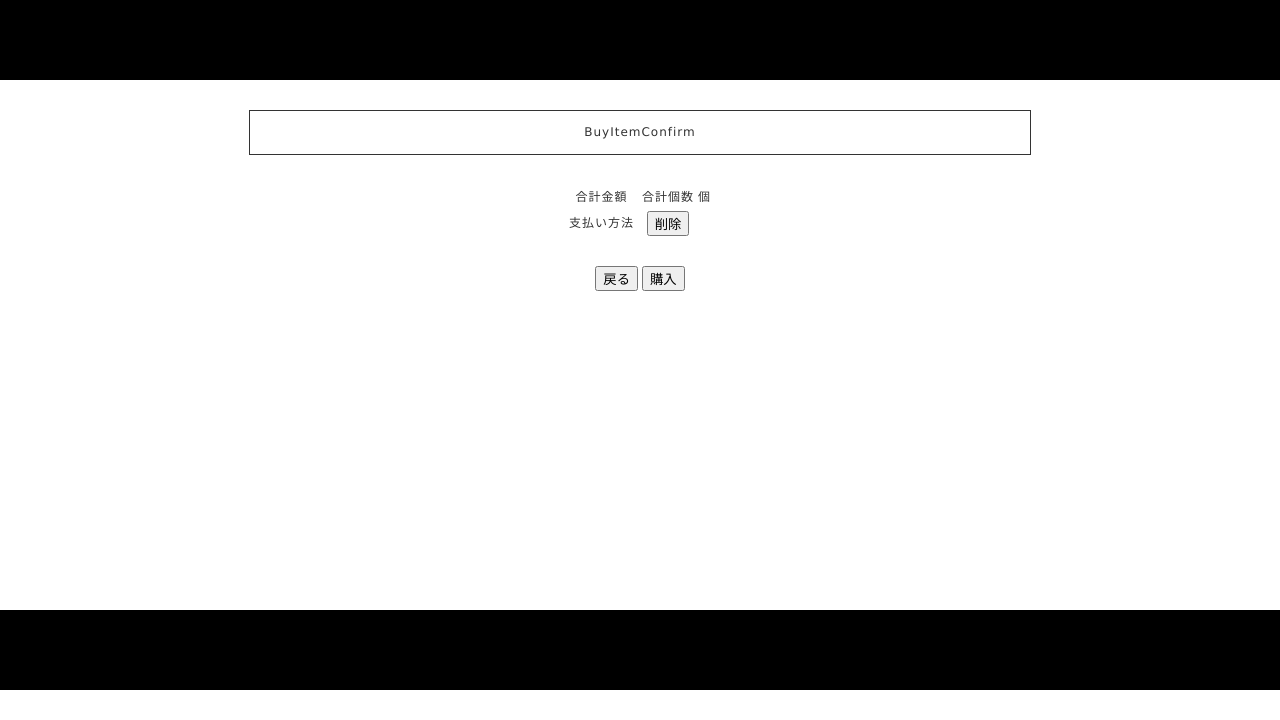
Repository: kazuki7291/backup
Page: http://localhost/template/buyItemConfirm.jsp
The author's editor kept a copy of each file at every save. The page is drawn from the files as they stood at one save, then again after the next save.
The browser window is 1280 px wide. The pictures show the whole page.
Some web libraries are served in a nearby version. The page is served by Tomcat 9. Other server files are loaded and not shown.

Above is the page before, as saved 2018-01-05 12:40:14.

### template/WebContent/buyItemConfirm.jsp

<%@ page language="java" contentType="text/html; charset=UTF-8"
	pageEncoding="UTF-8"%>
<%@ taglib prefix="s" uri="/struts-tags"%>

<!DOCTYPE html>
<html>
<head>
	<meta charset="utf-8">
	<meta http-equiv="Content-Type" content="text/html; charset=utf-8" />
	<meta http-equiv="Content-Style-Type" content="text/css" />
	<meta http-equiv="Content-Script-Type" content="text/javascript" />
	<meta http-equiv="imagetoolbar" content="no" />
	<meta name="description" content="" />
	<meta name="keywords" content="" />
	<meta charset="utf-8">
	<script src="http://ajax.googleapis.com/ajax/libs/jquery/1.9.1/jquery.min.js"></script>
	<title>BuyItemConfirm画面</title>
	<style type="text/css">
	/* ========TAG LAYOUT======== */
		body {
		   margin:0;
		   padding:0;
		   line-height:1.6;
		   letter-spacing:1px;
		   font-family:Verdana, Helvetica, sans-serif;
		   font-size:12px;
		   color:#333;
		   background:#fff;
		}

		table {
			text-align:center;
			margin:0 auto;
		}

	/* ========ID LAYOUT======== */
		#top {
		   width:780px;
		   margin:30px auto;
		   border:1px solid #333;
		}

		#header {
		   width: 100%;
		   height: 80px;
		   background-color: black;
		}

		#main {
		   width: 100%;
		   height: 500px;
		   text-align: center;
		}

		#footer {
			width: 100%;
			height: 80px;
			background-color: black;
			clear:both;
		}
	</style>
	<script type="text/javascript">
		function submitAction(url) {
			$('form').attr('action', url);
			$('form').submit();
		}
	</script>
</head>
<body>
	<div id="header">
	 	<div id="pr">
		</div>
	</div>
	<div id="main">
		<div id="top">
			<p>BuyItemConfirm</p>
		</div>
		<div>
		<s:if test="session.total_count == 0">
			<td>商品情報がありません。</td>
		</s:if>
		<s:else>
			<s:form>
			<s:iterator value = "buyitemCartList">
				<tr>
					<td>
						<s:property value="itemName" />
					</td>
					<td>
						<s:property value="itemPrice" />
					</td>
					<td></td>
					<td>
						<s:property value="Count" /><span>個</span>
					</td>
					<td>
						<input type="checkbox" name="DeleteFlag">
					</td>
				</tr>
			</s:iterator>
				<tr>
					<td>合計金額</td>
					<td><s:property value="session.total_price"/></td>
					<td>合計個数</td>
					<td><s:property value="session.total_count"/><span>個</span></td>
				</tr>
				<tr>
					<td>支払い方法</td>
					<td><s:property value="session.pay" /></td>
					<td>
						<input type="button" value="削除" onclick="submitAction('DeleteCartAction')" />
					</td>
				</tr>
			</s:form>
		</s:else>
		<s:form>
				<tr>
					<td>
						<br>
					</td>
				</tr>
				<tr>
					<td><input type="button" value="戻る" onclick="submitAction('HomeAction')" /></td>
					<td><input type="button" value="購入" onclick="submitAction('BuyItemConfirmAction')" /></td>
				</tr>
			</s:form>
		</div>
	</div>
	<div id="footer">
		<div id="pr">
		</div>
	</div>
</body>
</html>

After the next save:
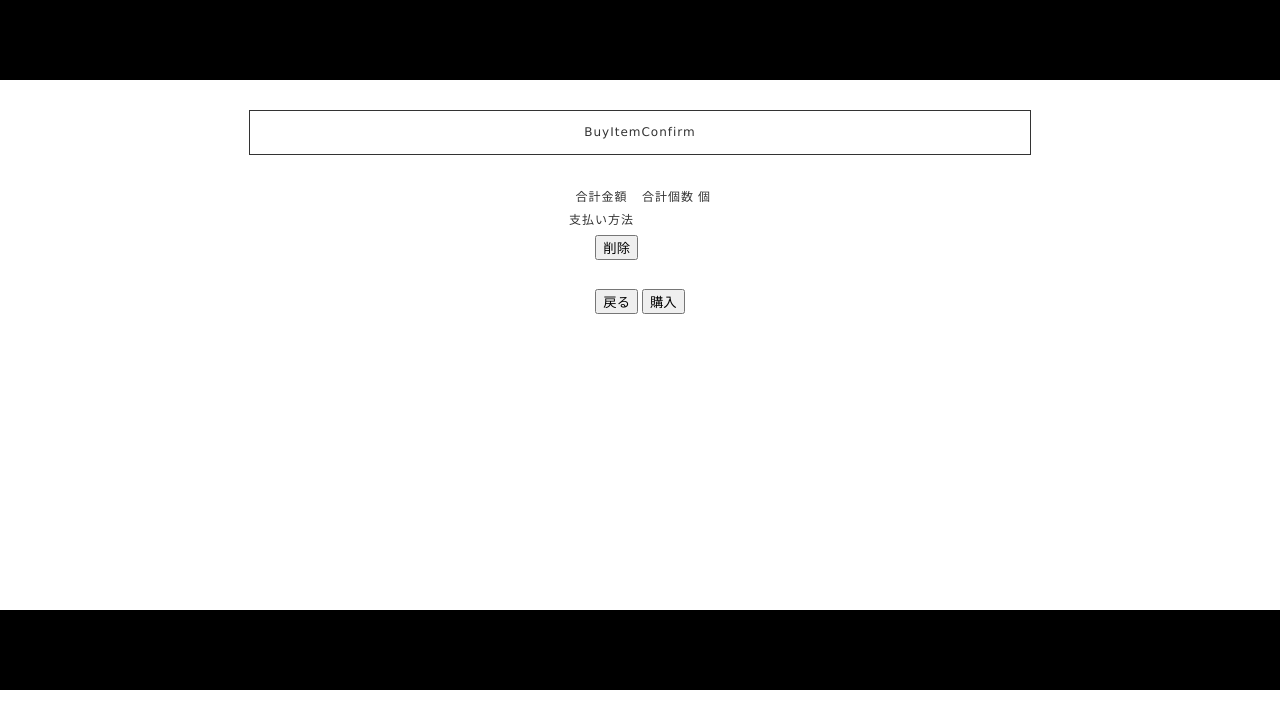
Saved 4 days later.
--- a/template/WebContent/buyItemConfirm.jsp
+++ b/template/WebContent/buyItemConfirm.jsp
@@ -81,7 +81,7 @@
 			<td>商品情報がありません。</td>
 		</s:if>
 		<s:else>
-			<s:form>
+			<s:form action="DeleteCartAction">
 			<s:iterator value = "buyitemCartList">
 				<tr>
 					<td>
@@ -109,7 +109,7 @@
 					<td>支払い方法</td>
 					<td><s:property value="session.pay" /></td>
 					<td>
-						<input type="button" value="削除" onclick="submitAction('DeleteCartAction')" />
+						<s:submit value="削除" />
 					</td>
 				</tr>
 			</s:form>
